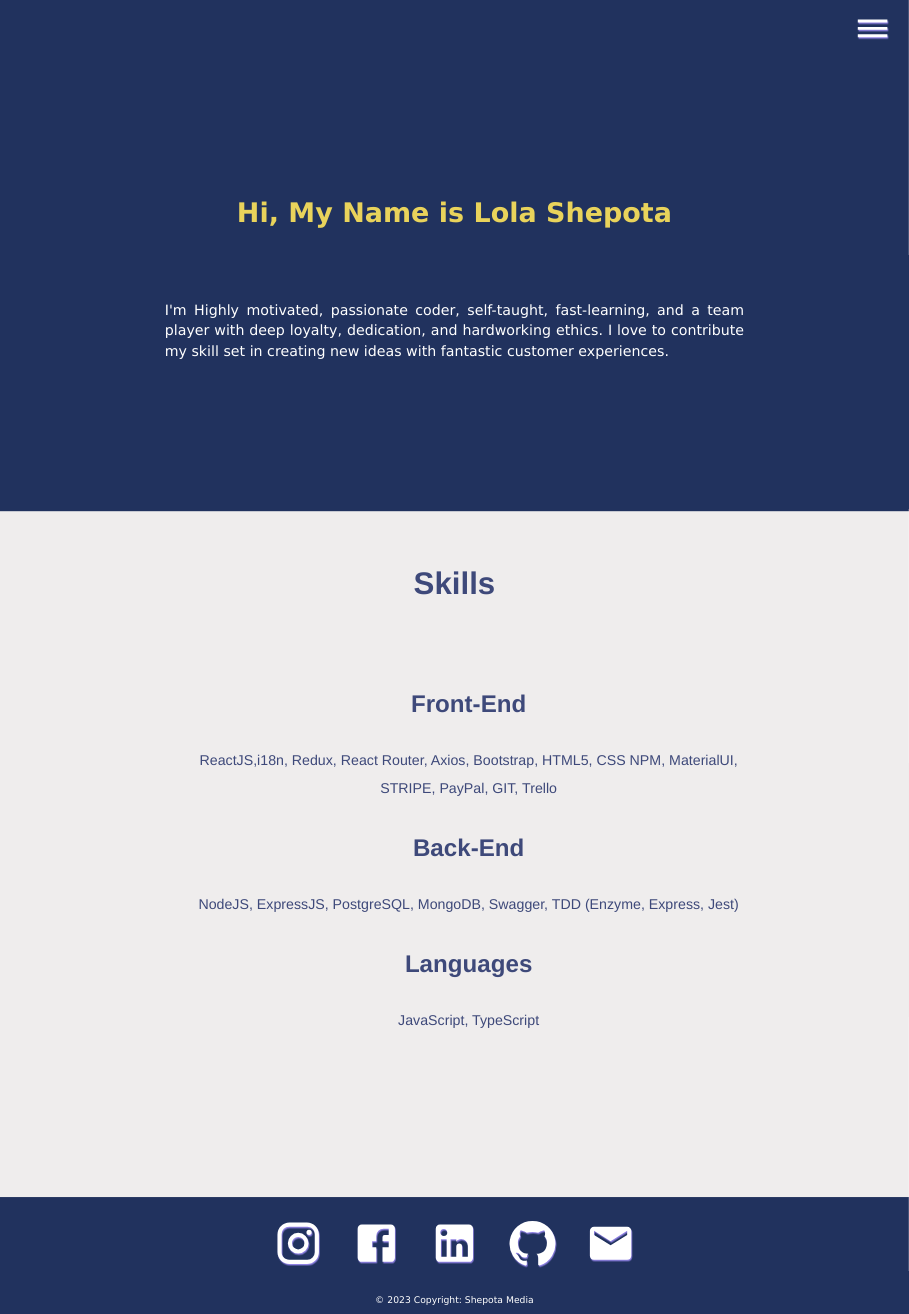
Repository: LolaSL/react-portfolio
Page: /
The author's editor kept a copy of each file at every save. The page is drawn from the files as they stood at one save, then again after a run of saves.
The browser window is 1280 px wide. The pictures show the whole page, at 71% of full size.
The project was rebuilt for these pictures with package versions that can differ from the ones it lists, and the page was loaded fresh each time. Also part of the build but not shown: src/components/ProjectItem/ProjectItem.jsx, src/helpers/ProjectList.js, src/pages/Projects/Style.css, src/pages/Projects/Projects.jsx, src/pages/Experience/Style.css, src/pages/Experience/Experience.jsx, src/pages/ProjectDetail/ProjectDetail.jsx.

Above is the page before, as saved 2023-07-01 19:34:30.

### src/App.js
import './App.css';
import { BrowserRouter as Router, Routes, Route } from 'react-router-dom';
import Home from './pages/Home/Home.jsx';
import Projects from './pages/Projects/Projects.jsx';
import Experience from './pages/Experience/Experience.jsx';
import Navbar from "./components/Navbar/Navbar.jsx";
import Footer from './components/Footer/Footer.jsx';
import ProjectDetail from './pages/ProjectDetail/ProjectDetail';
// import Contact from './pages/Contact/Contact';


function App() {
  return (
    <div className="App">
      <Router>
      <Navbar />
        <Routes>
          <Route path="/" element={<Home />} />
          <Route path="/projects" element={<Projects />} />
          <Route path="/project/:id" element={<ProjectDetail />} />
          <Route path="/experience" element={<Experience />} />
          {/* <Route path="/contact" element ={<Contact/>}/> */}
        </Routes>
        <Footer />
      </Router>
    </div>
  );
}

export default App;

### src/App.css
.App {
  width: 100%;
  height: auto;
  display: flex;
  flex-direction: column;
  font-family:'Lucida Sans', 'Lucida Sans Regular', 'Lucida Grande', 'Lucida Sans Unicode', Geneva, Verdana, sans-serif;
  background-color: #efeded;

}

body {
  padding: 0;
  margin: 0;
  box-sizing: border-box;
  outline: none;

}

### src/pages/Home/Home.jsx
import React from "react";
import "./Style.css";

const Home = () => {
  return (
    <div className="home">
      <div className="about">
        <h1> Hi, My Name is Lola Shepota</h1>
        <div className="prompt">
          <p>
             I'm Highly motivated, passionate
            coder, self-taught, fast-learning, and a team player with deep
            loyalty, dedication, and hardworking ethics. I love to contribute my
            skill set in creating new ideas with fantastic customer experiences.
          </p>
        </div>
      </div>
      <div className="skills">
        <h2> Skills</h2>
        <ol className="list">
          <li className="item">
            <h3> Front-End</h3>
            <span>
              ReactJS,i18n, Redux, React Router, Axios, Bootstrap, HTML5, CSS
              NPM, MaterialUI, STRIPE, PayPal, GIT, Trello
            </span>
          </li>
          <li className="item">
            <h3>Back-End</h3>
            <span>
              NodeJS, ExpressJS, PostgreSQL, MongoDB, Swagger, TDD (Enzyme,
              Express, Jest)
            </span>
          </li>
          <li className="item">
            <h3>Languages</h3>
            <span>JavaScript, TypeScript</span>
          </li>
        </ol>
      </div>
    </div>
  );
};

export default Home;

### src/components/Navbar/Navbar.jsx
import React, { useEffect, useState } from "react";
import { Link, useLocation } from "react-router-dom";
import DehazeIcon from "@mui/icons-material/Dehaze";
import "./Style.css";

const Navbar = () => {
  const [expandNavbar, setExpandNavbar] = useState(false);
  const location = useLocation();
  useEffect(() => {
    setExpandNavbar(false);
  }, [location]);
  return (
    <div className="navbar" id={expandNavbar ? "open" : "close"}>
      <div className="toggleButton">
        <button
          onClick={() => {
            setExpandNavbar((prev) => !prev);
          }}
        >
          <DehazeIcon />
        </button>
      </div>
      <div className="links">
        <Link to="/"> Home </Link>
        <Link to="/projects"> Projects </Link>
        <Link to="/experience"> Experience </Link>
        {/* <Link to="/contact"> Contact </Link> */}
      </div>
    </div>
  );
};

export default Navbar;

### src/components/Footer/Footer.jsx
import React from "react";
import InstagramIcon from "@mui/icons-material/Instagram";
import FacebookIcon from "@mui/icons-material/Facebook";
import LinkedInIcon from "@mui/icons-material/LinkedIn";
import GitHubIcon from "@mui/icons-material/GitHub";
import EmailIcon from "@mui/icons-material/Email";
import "./Style.css";

const Footer = () => {
  return (
    <div className="footer">
      <div className="socialMedia">
        <InstagramIcon />
        <FacebookIcon />
        <LinkedInIcon />
        <GitHubIcon />
        <a href="mailto:lolashepota@gmail.com?subject=Mail from my Website">
            <EmailIcon />
          </a>
      </div>
      <div className="copyright">
        <p>&copy; {new Date().getFullYear()} Copyright: Shepota Media</p>
      </div>
    </div>
  );
};

export default Footer;

### src/pages/Home/Style.css
.home {
    width: 100%;
    align-items: center;
    font-family: "Helvetica Neue",Helvetica;
    color: #3e497a;


  }

  .about {
    width: 100%;
    height: calc(100vh - 100px);
    display: flex;
    flex-direction: column;
    justify-content: center;
    align-items: center;
    text-align: center;
    background-color: #21325e;
    color: #f0f0f0;
  }

  .about h1 {
    font-family:Verdana, Geneva, Tahoma, sans-serif;
    font-size: 38px;
    color: #e9d35b;
    height: 50px;
    margin-bottom: 25px;
  }

  .about .prompt {
    width: 50%;
    font-size: 30px;
  }
   .prompt p {
    font-size: 20px;
    text-align: justify;
    font-family: Verdana, Geneva, Tahoma, sans-serif;
    line-height: 29px;
    padding: 40px;
   }
  .skills {
    font-size: 35px;
    width: 100%;
    display: flex;
    justify-content: center;
    flex-direction: column;
    align-items: center;
    margin-top: 40px;
  }

  .skills h2 {
    color: #3e497a;
    font-size: 44px;
    margin-bottom: 40px;
  }
  .skills h3 {
    color: #3e497a;
    font-size: 34px;
    margin-top: 50px;;
  }

  .skills .list {
    list-style: none;
    width: 60%;
  }

  .list span {
    font-size: 20px;
  }


    .about .prompt {
      margin-top: 10px;
      font-size: 20px;
      width: 70%;
    }

    .skills {
      text-align: center;
    }


    @media only screen and (max-width: 1300px) {
      .about h2 {
        font-size: 48px;
      }

  }
    @media only screen and (max-width: 800px) {
      .about h2 {
        font-size: 38px;
      }

  }
    @media only screen and (max-width: 600px) {
      .about h2 {
        font-size: 28px;
      }
      .about .prompt {
        margin-top: 10px;
        font-size: 20px;
        width: 80%;
      }

      .skills {
        text-align: center;
      }
      .list {
        padding: 20px;
      }

      .skills h2 {
        font-size: 40px;
        margin-bottom: 20px;
      }
      .skills h3 {
        font-size: 30px;
        margin-top:30px;
      }
  }

### src/components/Navbar/Style.css

 .navbar {
  width: 100%;
  height: 100px;
  background: #21325e;


  }

  .links {
    width: 100%;
    height: 100%;
    display: flex;
    align-items: center;
    justify-content: center;
    color: white;
    font-size: 24px;
  }

  .navbar a {
    color: white;
     font-family: Verdana, Geneva, Tahoma, sans-serif;
    margin: 20px;
    font-size: 25px;
  }

  .toggleButton {
    width: 100%;
    height: 100px;
    display: flex;
    align-items: center;
    justify-content: flex-end;

  }

  .toggleButton svg {
    font-size: 50px;
    margin-bottom: 15px;
  }
  .toggleButton button {
    margin-right: 20px;
    background-color: transparent;
    border: none;
    color: white;
    cursor: pointer;
  }

  #open {
    height:55vh;
  }

  #open .links {
    flex-direction: column;
    justify-content: flex-start;
    margin-top: 80px;
  }

  #open a {
    width: 100%;
    text-align: center;
  }

  @media only screen and (max-width: 900px) {
    .navbar a {
      width: 75px;
    }
  }

  @media only screen and (max-width: 600px) {
    .toggleButton {
      display: flex;
    }
    #close a {
      display: none;
    }
  }

  @media only screen and (max-width: 600px) {
    .toggleButton {
      display: none;
    }

    .hiddenLinks {
      display: none;
    }

    #open {
      height: 60px;
    }

    #open .links {
      flex-direction: row;
    }

  }

### src/components/Footer/Style.css
.footer {
    width: 100%;
    height: 155px;
    background: #21325e;
    display: flex;
    justify-content: center;
    align-items: center;
    flex-direction: column;
    padding-top: 10px;
    margin-top: 200px;
  }

  .socialMedia svg{
    color: white;
    margin: 20px;
    font-size: 70px;
    cursor: pointer;
  }

p {
    color: white;
    font-size: small;
  }

  @media only screen and (max-width: 600px) {
    .footer svg {
      font-size: 50px;
    }
  }

### src/pages/ProjectDetail/Style.css
.project {
  width: 100%;
  height: calc(100vh - 100px);
  display: flex;
  justify-content: center;
  align-items: center;
  flex-direction: column;
}

.project > h1 {
  margin-bottom: 50px;
  color: #3e497a;
  font-size: 2rem;
}
.project img {
  max-width: 700px;
  border-radius: 10px;
  margin-bottom: 40px;
}

.project h3 {
  font-size: 1rem;
  color: #3e497a;
  padding: 50px;
  text-align: justify;
}
a {
  text-decoration: none;
  color: rgb(11, 37, 185);
  font-weight: lighter;
}
a:hover {
  text-decoration: none;
  color: rgb(188, 188, 24);
  font-weight: bold;
  transition: all ease 0.3s;
  cursor: pointer;
  text-shadow: 0 0 0.625em rgb(203, 211, 56);
}
.project svg {
  font-size: 60px;
  color: #3e497a;
}
.project svg:hover {
  color: #2d2d84;
  cursor: pointer;
}
svg {
  filter: drop-shadow(1px 2px 1px rgb(144, 130, 227));
}
@media only screen and (max-width: 1300px) {
  .project img {
    max-width: 500px;
    border-radius: 8px;
  }
  h1 {
    font-size: 1.8rem;
  }
  h3 {
    font-size: 1.2rem;
  }
}

@media only screen and (max-width: 800px) {
  .project img {
    max-width: 374px;
    border-radius: 6px;
  }
  h1 {
    font-size: 1.5rem;
  }
  h3 {
    font-size: 0.5rem;
  }
}

Loaded but not shown: public/index.html (common file); src/index.js (common file); src/reportWebVitals.js (common file)

After the next 2 saves:
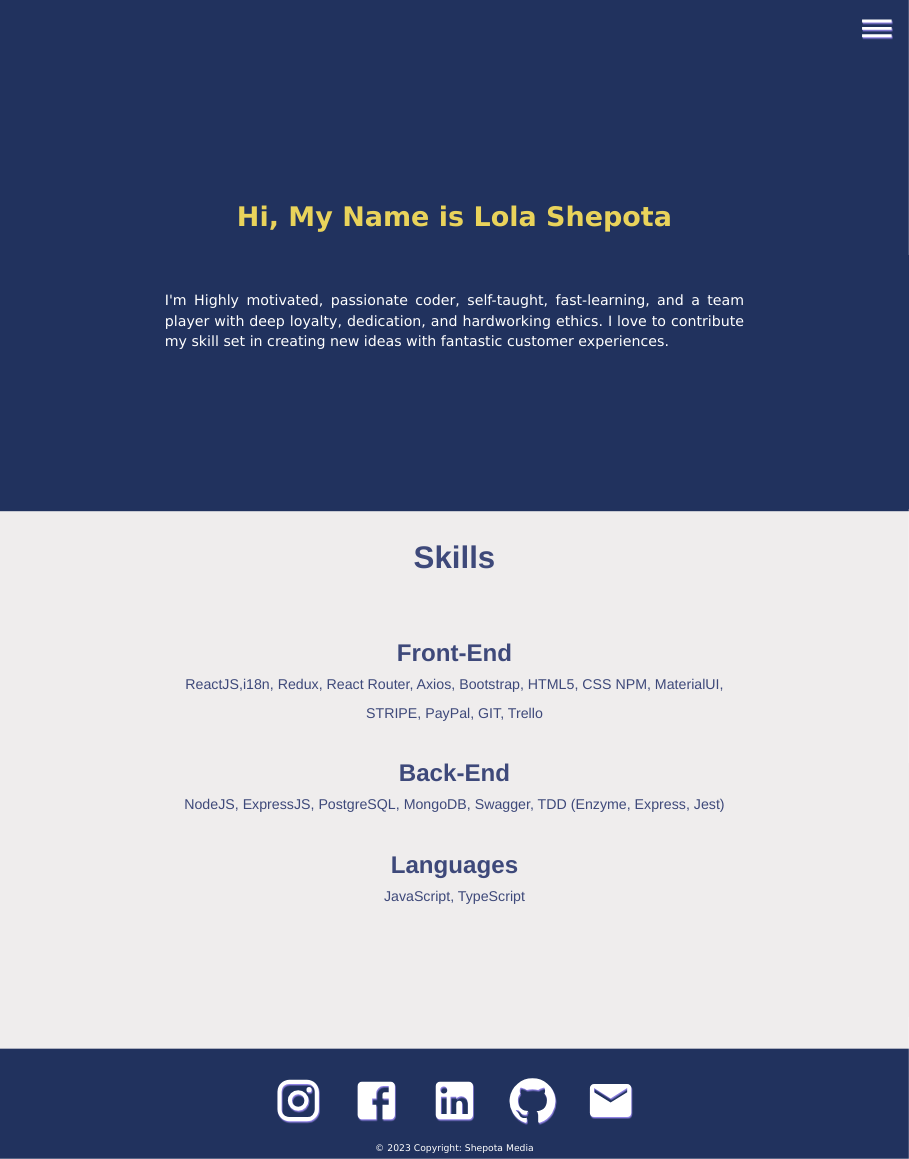
The 2 saves are shown as one change because they came seconds apart.
The last was saved 14 s later.
--- a/src/App.css
+++ b/src/App.css
@@ -8,10 +8,10 @@
 
 }
 
-body {
+* {
   padding: 0;
   margin: 0;
   box-sizing: border-box;
   outline: none;
-
+  text-decoration: none;
 }
